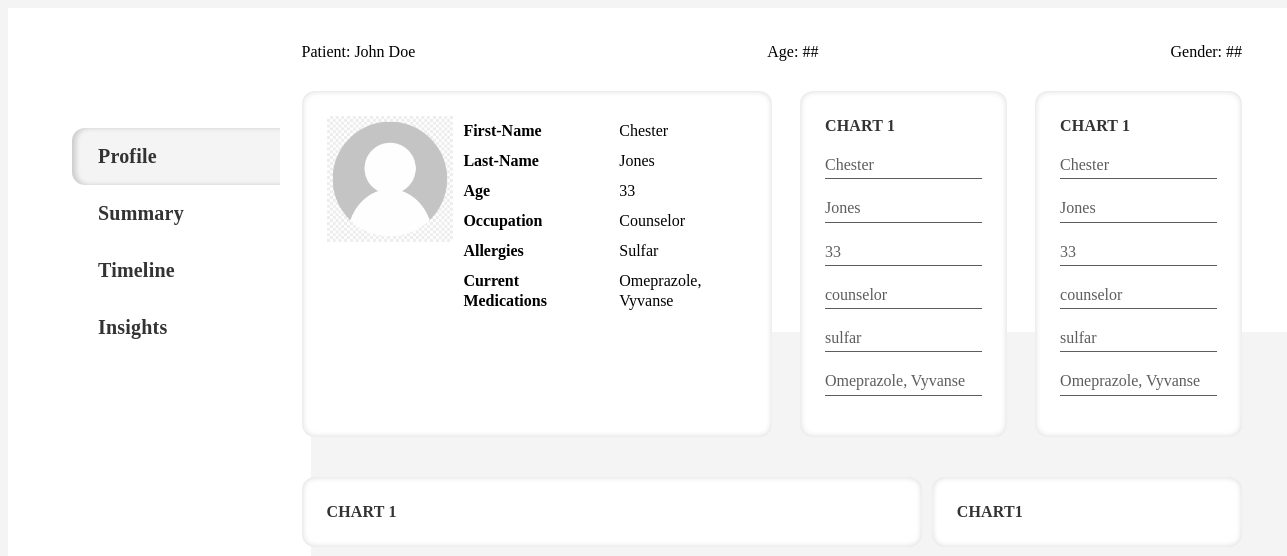
Repository: ariellecerini/clinical-reasoning
Page: /
An editor plug-in stored every save of this project. The page is shown before and after the next save, followed by the edit.
The browser window is 1280 px wide. The page is 1287 px wide, so the pictures cover 1287 px, including what lies to the right of the window. The pictures show the whole page.
The project was rebuilt for these pictures with package versions that can differ from the ones it lists, and the page was loaded fresh each time.

Above is the page before, as saved 2021-07-19 00:04:21.

After the next save:
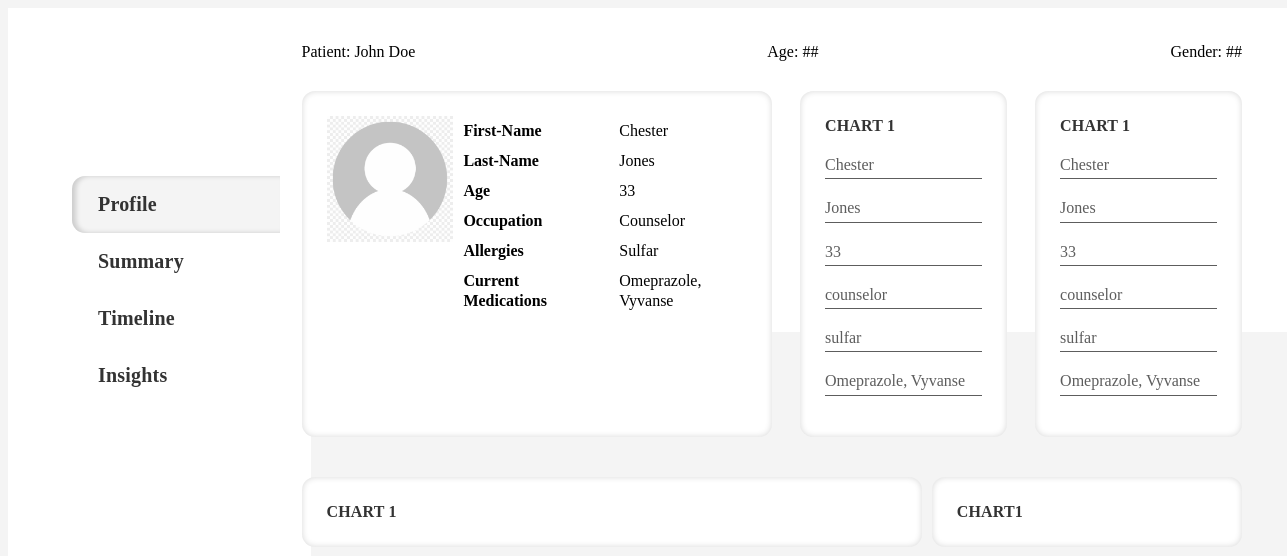
Saved 11 s later.
--- a/src/stories/Dashboard/Menu/SidePanel/Sidebar.vue
+++ b/src/stories/Dashboard/Menu/SidePanel/Sidebar.vue
@@ -51,7 +51,7 @@
         height: 100vh;
         z-index: 999;
         padding: 3rem 20px 2rem 20px;
-        padding-top: 10%;
+        margin-top: 10%;
         width: 300px;
     }
 </style>
